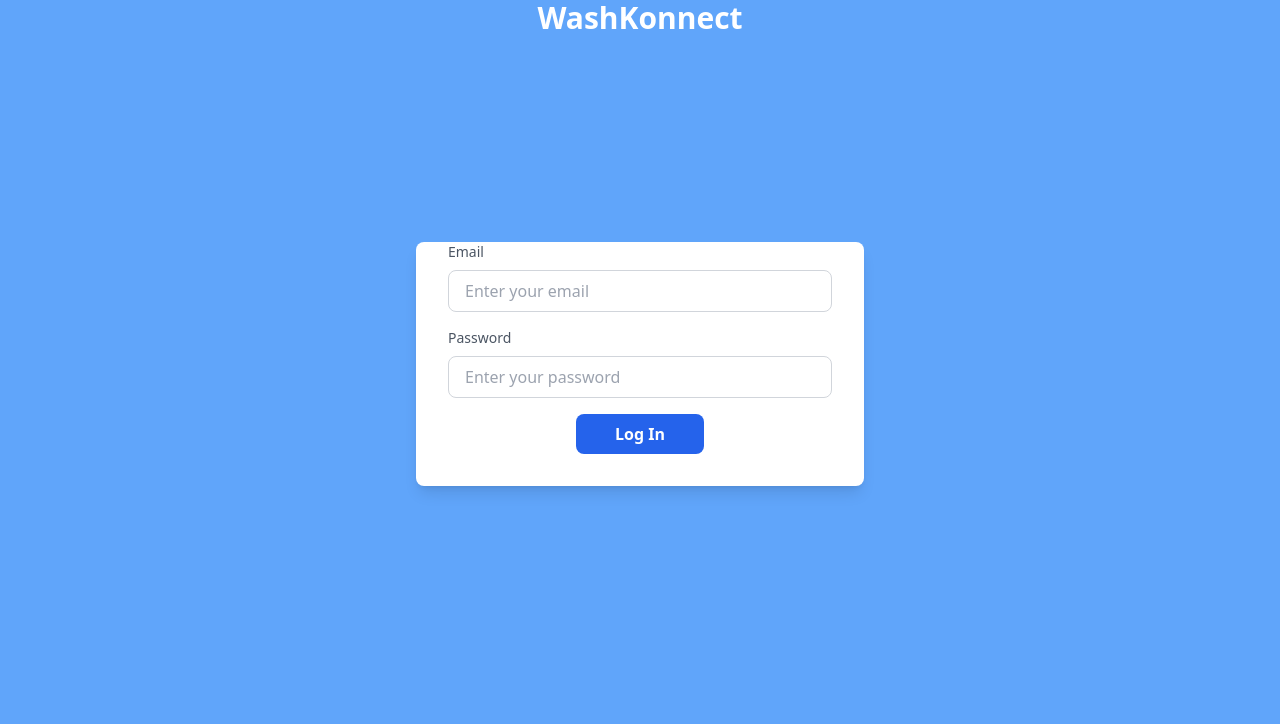
Repository: TEKVOLUTION-LTD/Admin-washKonnect
Page: / (app in Admin-WashKonnect/)
An editor plug-in stored every save of this project. The page is shown before and after the next save, followed by the edit.
The browser window is 1280 px wide. The pictures show the whole page.
The project was rebuilt for these pictures with package versions that can differ from the ones it lists, and the page was loaded fresh each time. Also part of the build but not shown: Admin-WashKonnect/vite.config.js.

Above is the page before, as saved 2024-11-13 02:39:42.

After the next save:
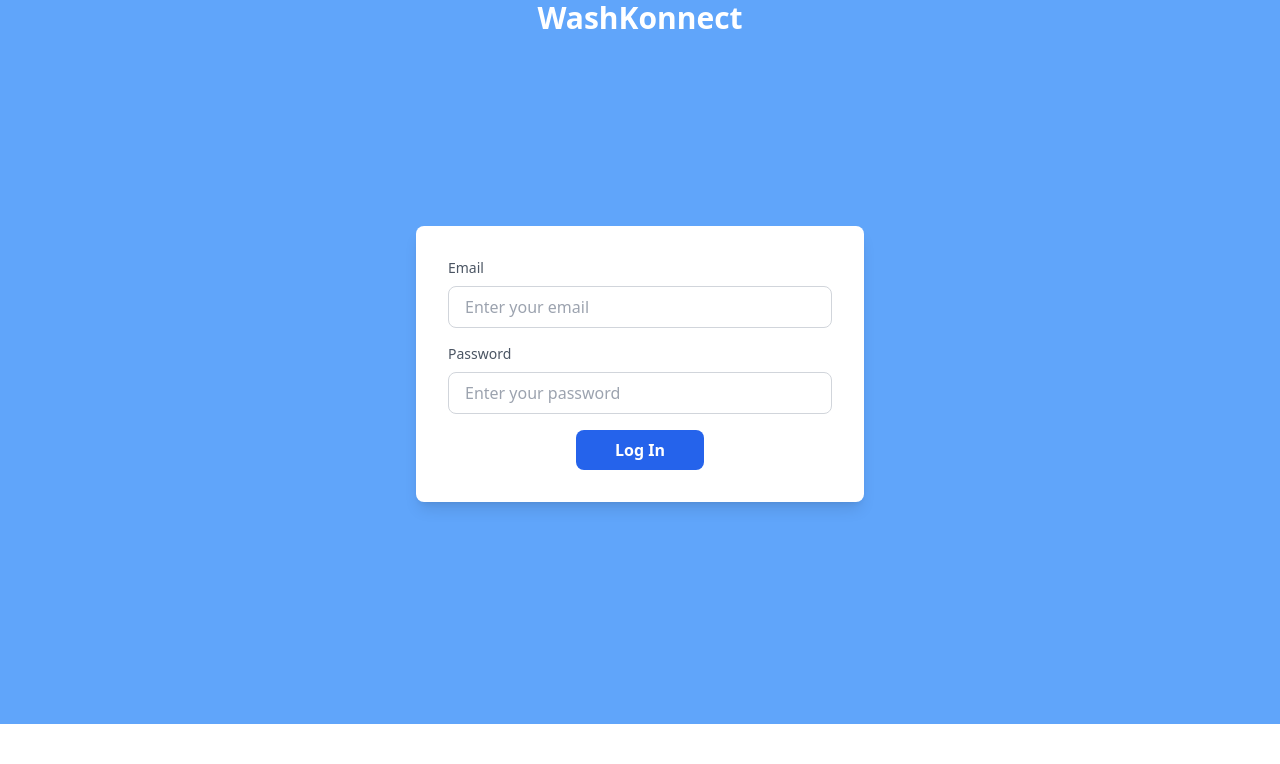
Saved 2 min 1 s later.
--- a/Admin-WashKonnect/src/components/Login.jsx
+++ b/Admin-WashKonnect/src/components/Login.jsx
@@ -19,10 +19,10 @@ const Login = () => {
 <div className=' bg-blue-400'>
   <div className=''> <h1 className='block  font-bold text-3xl mb-[-2rem] text-white'>WashKonnect</h1></div>
 
-<div className="flex items-center justify-center min-h-screen ">
+<div className="flex mb-10 items-center justify-center min-h-screen ">
 
 
-      <div className="w-full max-w-md px-8 pb-8 space-y-6 bg-white rounded-lg shadow-lg">
+      <div className="w-full max-w-md p-8 space-y-6 bg-white rounded-lg shadow-lg">
 
         <form className="space-y-4" onSubmit={handleSubmit}>
           <div>
